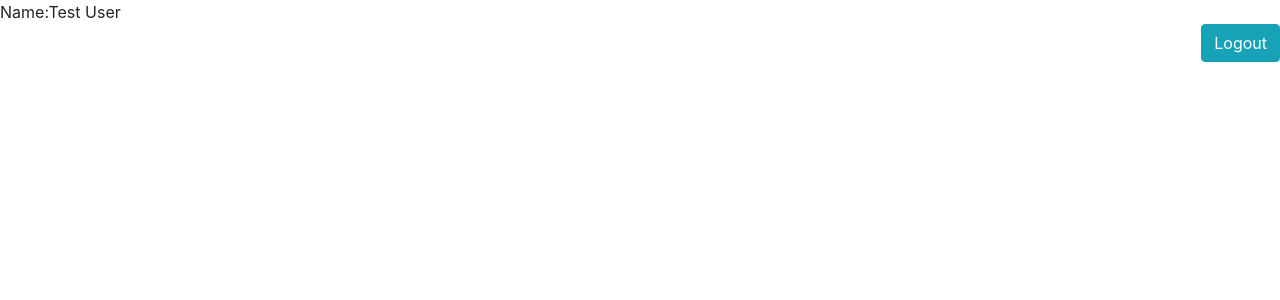
Repository: sindurup/Phase2Project
Page: http://localhost/LearnersAcademyPro/classInfo.jsp
These files come from the project's save history. The page is drawn as it stood at one moment and after the next save; the edit follows.
The browser window is 1280 px wide. The pictures show the whole page.
Some web libraries are served in a nearby version. The page is served by Tomcat 9. The session is filled in as if someone had signed in: {"uname": "Test User", "pw": 1}. Other server files are loaded and not shown.

Above is the page before, as saved 2021-09-27 10:50:12.
Console error: TypeError: Cannot read properties of undefined (reading 'fn')

### LearnersAcademyPro/src/main/webapp/classInfo.jsp
<%@ page language="java" contentType="text/html; charset=ISO-8859-1"
    pageEncoding="ISO-8859-1"%>
<!DOCTYPE html>
<html>
<link href="//maxcdn.bootstrapcdn.com/bootstrap/4.1.1/css/bootstrap.min.css" rel="stylesheet" id="bootstrap-css">
<script src="//maxcdn.bootstrapcdn.com/bootstrap/4.1.1/js/bootstrap.min.js"></script>
<script src="//cdnjs.cloudflare.com/ajax/libs/jquery/3.2.1/jquery.min.js"></script>
<head>
<meta charset="ISO-8859-1">
<title>Learners Academy</title>
</head>
<body>


<%
response.setHeader("Cache-Control","no-cache,no-store,must-revalidate");
HttpSession session1=request.getSession();
out.println("Name:"+session.getAttribute("uname"));

    if(session.getAttribute("uname")==null)
    {

    	 response.sendRedirect("login.jsp");
    }
%>

   <div class="form-group" align="right" right-padding ="10x">

                                <input type="submit" name="submit" class="btn btn-info btn-md" value="Logout">
                            </div>
    <div id="login">
        <h3 class="text-center text-white pt-5">Login form</h3>

        <div class="container">

            <div id="login-row" class="row justify-content-center align-items-center">
                <div id="login-column" class="col-md-6">
                    <div id="login-box" class="col-md-12">
                        <form id="login" class="form" action="login" method="post">

                            <div class="form-group">

                            </div>
                            <div class="form-group">

                            </div>


                        </form>
                    </div>
                </div>
            </div>
        </div>
    </div>
</body>
</html>

After the next save:
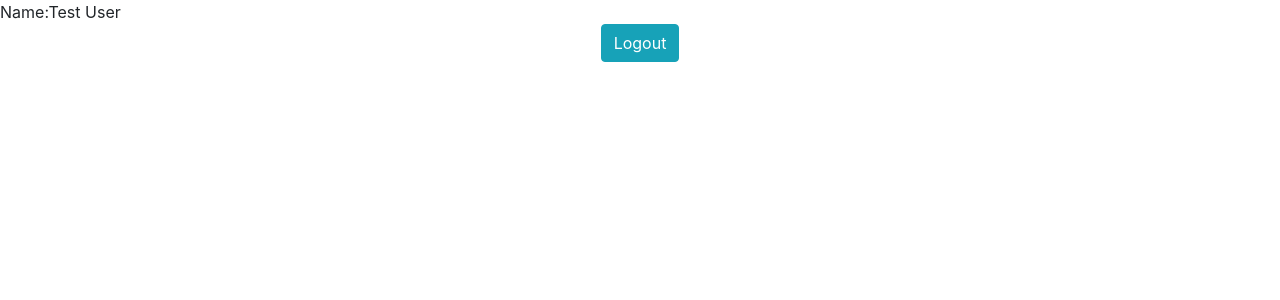
Saved 27 s later.
--- a/LearnersAcademyPro/src/main/webapp/classInfo.jsp
+++ b/LearnersAcademyPro/src/main/webapp/classInfo.jsp
@@ -24,7 +24,7 @@ out.println("Name:"+session.getAttribute("uname"));
     }
 %>
 
-   <div class="form-group" align="right" right-padding ="10x">
+   <div class="form-group" align="center" >
 
                                 <input type="submit" name="submit" class="btn btn-info btn-md" value="Logout">
                             </div>
